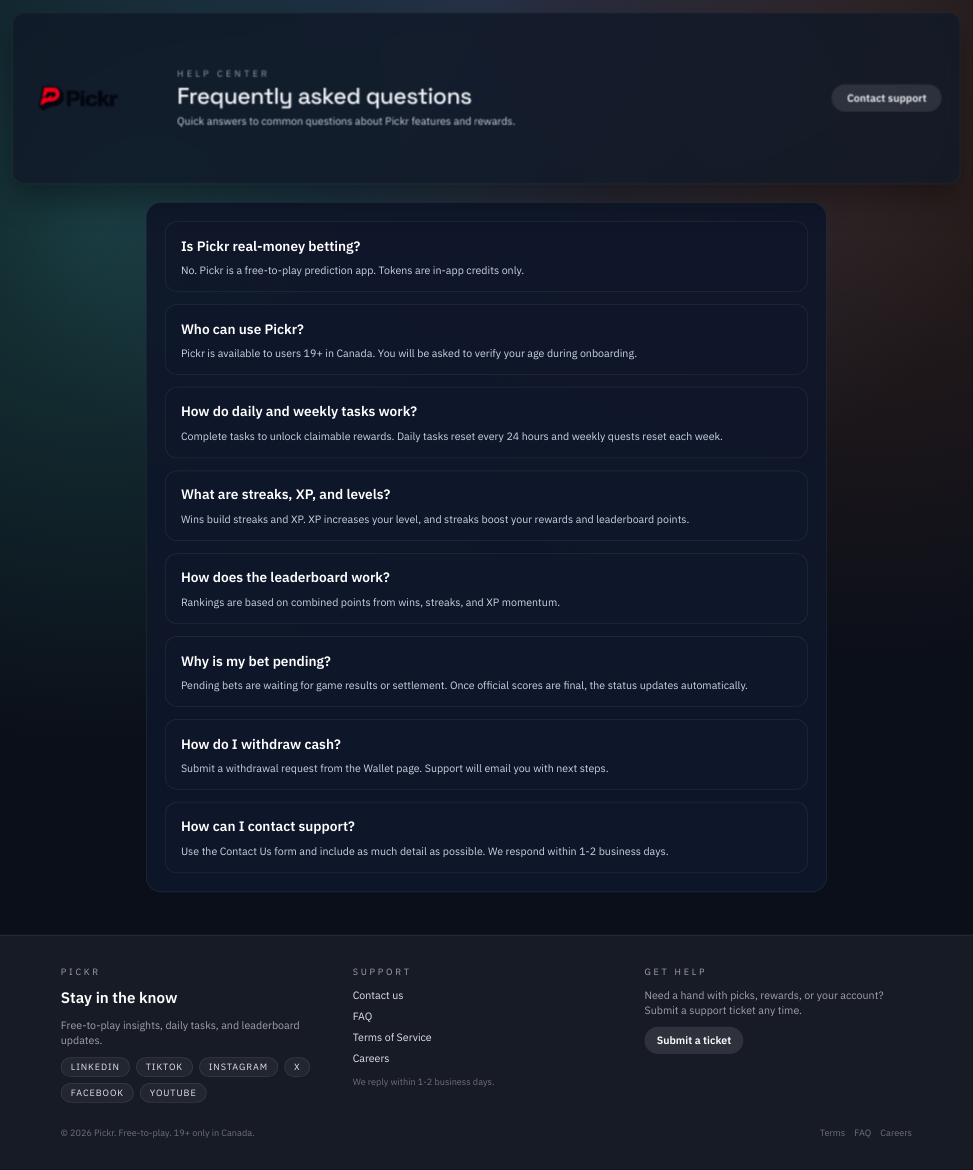
Repository: prav2004/therealdeal
Page: public/faq.html
The author's editor kept a copy of each file at every save. The page is drawn from the files as they stood at one save, then again after the next save.
The browser window is 1280 px wide. The pictures show the whole page, at 76% of full size.
Some web libraries are served in a nearby version.

Above is the page before, as saved 2026-02-18 20:43:53.

### public/faq.html
<!DOCTYPE html>
<html lang="en">
  <head>
    <meta charset="UTF-8" />
    <meta name="viewport" content="width=device-width, initial-scale=1.0, viewport-fit=cover" />
    <title>FAQ – Pickr</title>
    <link rel="icon" type="image/png" sizes="16x16" href="tablogo.png" />
    <link rel="icon" type="image/png" sizes="32x32" href="tablogo.png" />
    <link rel="icon" type="image/png" sizes="48x48" href="tablogo.png" />
    <link rel="icon" type="image/png" sizes="192x192" href="tablogo.png" />
    <link rel="apple-touch-icon" sizes="180x180" href="tablogo.png" />
    <script src="https://cdn.tailwindcss.com"></script>
    <link rel="preconnect" href="https://fonts.googleapis.com">
    <link rel="preconnect" href="https://fonts.gstatic.com" crossorigin>
    <link href="https://fonts.googleapis.com/css2?family=IBM+Plex+Sans:wght@400;500;600&family=Space+Grotesk:wght@500;600;700&display=swap" rel="stylesheet">
    <style>
      :root {
        --ink: #0b0f1a;
        --ember: #ff7a1a;
        --mint: #40d9b5;
        --sky: #7aa7ff;
        --card: rgba(17, 25, 40, 0.82);
      }
      body {
        font-family: 'IBM Plex Sans', sans-serif;
        background: radial-gradient(circle at top, rgba(122, 167, 255, 0.18), transparent 45%),
          radial-gradient(circle at 10% 20%, rgba(64, 217, 181, 0.2), transparent 40%),
          radial-gradient(circle at 90% 10%, rgba(255, 122, 26, 0.15), transparent 40%),
          var(--ink);
        color: #e5e7eb;
      }
      .hero-title { font-family: 'Space Grotesk', sans-serif; letter-spacing: -0.02em; }
      .glass {
        background: var(--card);
        border: 1px solid rgba(255, 255, 255, 0.08);
        box-shadow: 0 20px 40px rgba(0, 0, 0, 0.35);
        backdrop-filter: blur(12px);
      }
      .panel {
        background: rgba(15, 23, 42, 0.92);
        border: 1px solid rgba(255, 255, 255, 0.08);
        border-radius: 1.25rem;
      }
      .faq-card {
        background: rgba(15, 23, 42, 0.8);
        border: 1px solid rgba(255, 255, 255, 0.08);
        border-radius: 1rem;
        padding: 1.1rem 1.25rem;
      }
    </style>
  </head>
  <body class="flex flex-col min-h-screen">
    <header class="glass mx-4 mt-4 rounded-2xl p-4 md:p-6 flex flex-col gap-4 sm:flex-row sm:items-center sm:justify-between">
      <div class="flex items-center gap-4">
        <img src="logo.png" alt="Pickr logo" class="h-[9rem] w-[9rem] sm:h-[11rem] sm:w-[11rem] object-contain" />
        <div class="space-y-1">
          <div class="text-xs uppercase tracking-[0.35em] text-slate-400">Help center</div>
          <h1 class="hero-title text-2xl sm:text-3xl text-slate-100">Frequently asked questions</h1>
          <p class="text-sm text-slate-300">Quick answers to common questions about Pickr features and rewards.</p>
        </div>
      </div>
      <a href="contact.html" class="inline-flex items-center justify-center rounded-full bg-white/10 px-5 py-2 text-sm font-semibold text-slate-100 hover:bg-white/20">Contact support</a>
    </header>

    <main class="flex-1 px-4 pt-6">
      <section class="panel p-6 max-w-4xl mx-auto space-y-4">
        <div class="faq-card">
          <h2 class="text-lg font-semibold text-white">Is Pickr real-money betting?</h2>
          <p class="text-sm text-slate-300 mt-2">No. Pickr is a free-to-play prediction app. Tokens are in-app credits only.</p>
        </div>
        <div class="faq-card">
          <h2 class="text-lg font-semibold text-white">Who can use Pickr?</h2>
          <p class="text-sm text-slate-300 mt-2">Pickr is available to users 19+ in Canada. You will be asked to verify your age during onboarding.</p>
        </div>
        <div class="faq-card">
          <h2 class="text-lg font-semibold text-white">How do daily and weekly tasks work?</h2>
          <p class="text-sm text-slate-300 mt-2">Complete tasks to unlock claimable rewards. Daily tasks reset every 24 hours and weekly quests reset each week.</p>
        </div>
        <div class="faq-card">
          <h2 class="text-lg font-semibold text-white">What are streaks, XP, and levels?</h2>
          <p class="text-sm text-slate-300 mt-2">Wins build streaks and XP. XP increases your level, and streaks boost your rewards and leaderboard points.</p>
        </div>
        <div class="faq-card">
          <h2 class="text-lg font-semibold text-white">How does the leaderboard work?</h2>
          <p class="text-sm text-slate-300 mt-2">Rankings are based on combined points from wins, streaks, and XP momentum.</p>
        </div>
        <div class="faq-card">
          <h2 class="text-lg font-semibold text-white">Why is my bet pending?</h2>
          <p class="text-sm text-slate-300 mt-2">Pending bets are waiting for game results or settlement. Once official scores are final, the status updates automatically.</p>
        </div>
        <div class="faq-card">
          <h2 class="text-lg font-semibold text-white">How do I withdraw cash?</h2>
          <p class="text-sm text-slate-300 mt-2">Submit a withdrawal request from the Wallet page. Support will email you with next steps.</p>
        </div>
        <div class="faq-card">
          <h2 class="text-lg font-semibold text-white">How can I contact support?</h2>
          <p class="text-sm text-slate-300 mt-2">Use the Contact Us form and include as much detail as possible. We respond within 1-2 business days.</p>
        </div>
      </section>
    </main>

    <footer class="mt-14 border-t border-white/10 bg-white/5">
      <div class="mx-auto w-full max-w-6xl px-4 py-10">
        <div class="grid gap-8 md:grid-cols-3">
          <div class="space-y-3">
            <div class="text-xs uppercase tracking-[0.3em] text-zinc-400">Pickr</div>
            <div class="text-xl font-semibold text-white">Stay in the know</div>
            <p class="text-sm text-zinc-400">Free-to-play insights, daily tasks, and leaderboard updates.</p>
            <div class="flex flex-wrap gap-2">
              <a class="rounded-full border border-white/10 bg-white/5 px-3 py-1 text-xs uppercase tracking-widest text-zinc-200 hover:border-white/30 hover:text-white" href="https://www.linkedin.com" target="_blank" rel="noopener">LinkedIn</a>
              <a class="rounded-full border border-white/10 bg-white/5 px-3 py-1 text-xs uppercase tracking-widest text-zinc-200 hover:border-white/30 hover:text-white" href="https://www.tiktok.com" target="_blank" rel="noopener">TikTok</a>
              <a class="rounded-full border border-white/10 bg-white/5 px-3 py-1 text-xs uppercase tracking-widest text-zinc-200 hover:border-white/30 hover:text-white" href="https://www.instagram.com" target="_blank" rel="noopener">Instagram</a>
              <a class="rounded-full border border-white/10 bg-white/5 px-3 py-1 text-xs uppercase tracking-widest text-zinc-200 hover:border-white/30 hover:text-white" href="https://x.com" target="_blank" rel="noopener">X</a>
              <a class="rounded-full border border-white/10 bg-white/5 px-3 py-1 text-xs uppercase tracking-widest text-zinc-200 hover:border-white/30 hover:text-white" href="https://www.facebook.com" target="_blank" rel="noopener">Facebook</a>
              <a class="rounded-full border border-white/10 bg-white/5 px-3 py-1 text-xs uppercase tracking-widest text-zinc-200 hover:border-white/30 hover:text-white" href="https://www.youtube.com" target="_blank" rel="noopener">YouTube</a>
            </div>
          </div>
          <div class="space-y-3">
            <div class="text-xs uppercase tracking-[0.3em] text-zinc-400">Support</div>
            <div class="flex flex-col gap-2 text-sm">
              <a class="text-zinc-200 hover:text-white" href="contact.html">Contact us</a>
              <a class="text-zinc-200 hover:text-white" href="faq.html">FAQ</a>
              <a class="text-zinc-200 hover:text-white" href="terms.html">Terms of Service</a>
              <a class="text-zinc-200 hover:text-white" href="careers.html">Careers</a>
            </div>
            <div class="text-xs text-zinc-500">We reply within 1-2 business days.</div>
          </div>
          <div class="space-y-3">
            <div class="text-xs uppercase tracking-[0.3em] text-zinc-400">Get help</div>
            <p class="text-sm text-zinc-400">Need a hand with picks, rewards, or your account? Submit a support ticket any time.</p>
            <a class="inline-flex items-center justify-center rounded-full bg-white/10 px-4 py-2 text-sm font-semibold text-white hover:bg-white/20" href="contact.html">Submit a ticket</a>
          </div>
        </div>
        <div class="mt-8 flex flex-col gap-2 text-xs text-zinc-500 sm:flex-row sm:items-center sm:justify-between">
          <div>© 2026 Pickr. Free-to-play. 19+ only in Canada.</div>
          <div class="flex flex-wrap gap-3">
            <a class="hover:text-zinc-200" href="terms.html">Terms</a>
            <a class="hover:text-zinc-200" href="faq.html">FAQ</a>
            <a class="hover:text-zinc-200" href="careers.html">Careers</a>
          </div>
        </div>
      </div>
    </footer>
  </body>
</html>

After the next save:
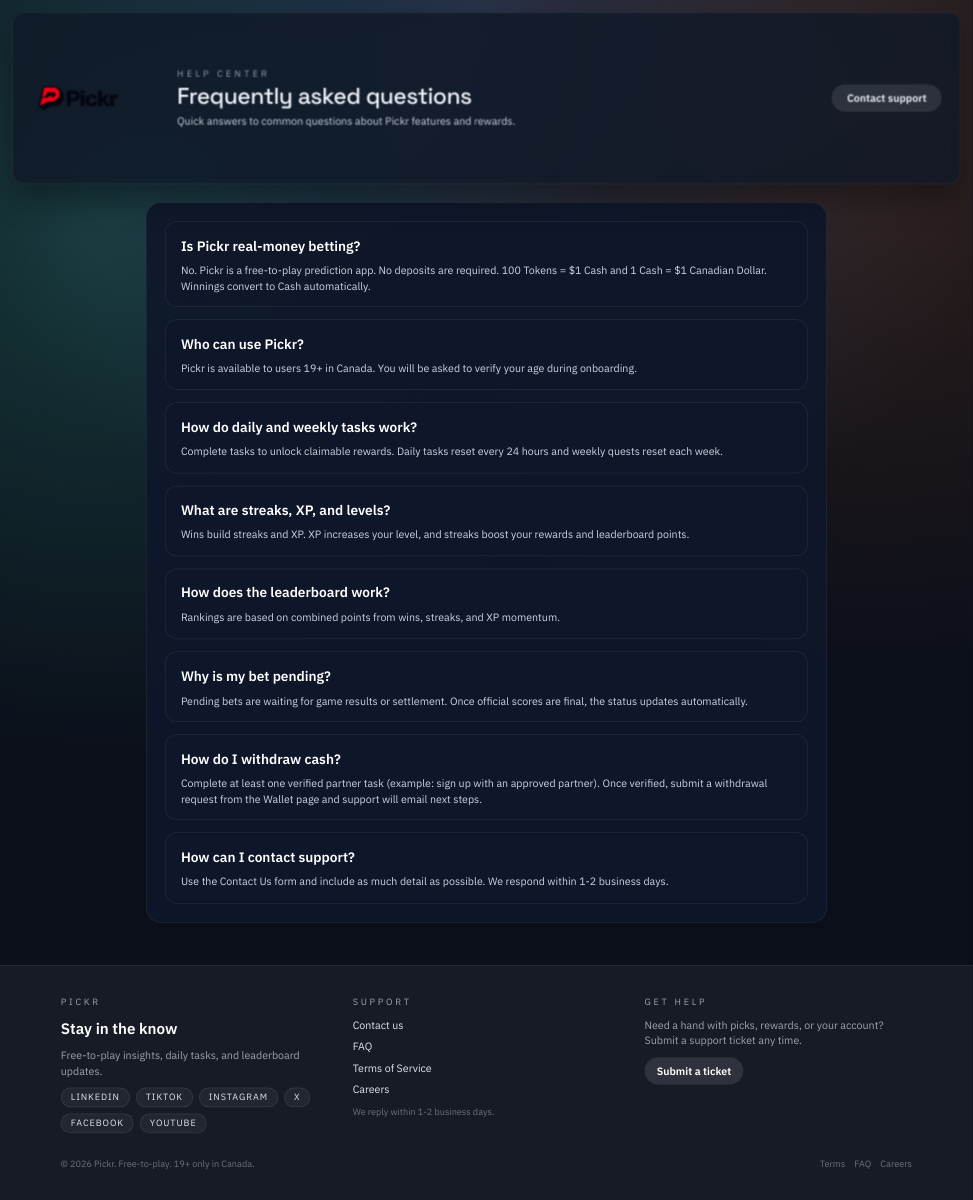
Saved 10 s later.
--- a/public/faq.html
+++ b/public/faq.html
@@ -66,7 +66,7 @@
       <section class="panel p-6 max-w-4xl mx-auto space-y-4">
         <div class="faq-card">
           <h2 class="text-lg font-semibold text-white">Is Pickr real-money betting?</h2>
-          <p class="text-sm text-slate-300 mt-2">No. Pickr is a free-to-play prediction app. Tokens are in-app credits only.</p>
+          <p class="text-sm text-slate-300 mt-2">No. Pickr is a free-to-play prediction app. No deposits are required. 100 Tokens = $1 Cash and 1 Cash = $1 Canadian Dollar. Winnings convert to Cash automatically.</p>
         </div>
         <div class="faq-card">
           <h2 class="text-lg font-semibold text-white">Who can use Pickr?</h2>
@@ -90,7 +90,7 @@
         </div>
         <div class="faq-card">
           <h2 class="text-lg font-semibold text-white">How do I withdraw cash?</h2>
-          <p class="text-sm text-slate-300 mt-2">Submit a withdrawal request from the Wallet page. Support will email you with next steps.</p>
+          <p class="text-sm text-slate-300 mt-2">Complete at least one verified partner task (example: sign up with an approved partner). Once verified, submit a withdrawal request from the Wallet page and support will email next steps.</p>
         </div>
         <div class="faq-card">
           <h2 class="text-lg font-semibold text-white">How can I contact support?</h2>
